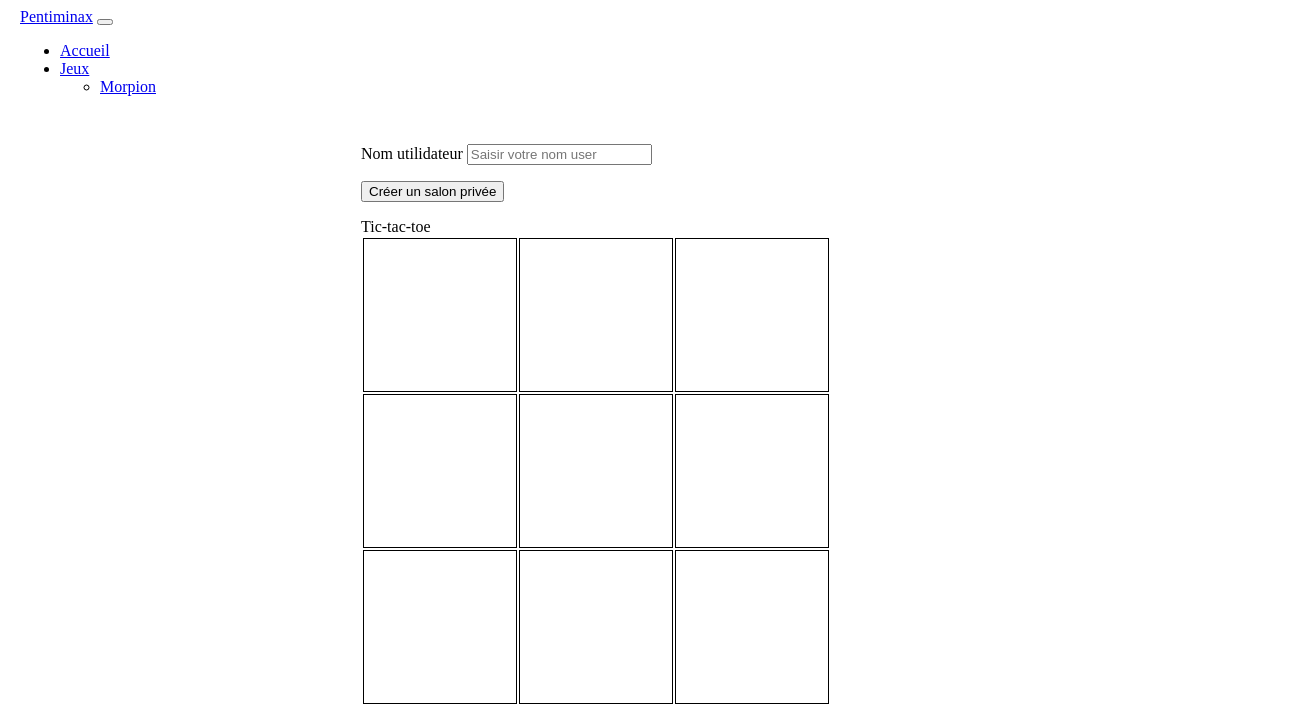
Repository: remi77130/morpion
Page: templates/games/tic-tac-toe.html
An editor plug-in stored every save of this project. The page is shown before and after the next save, followed by the edit.
The browser window is 1280 px wide. The page is 1296 px wide, then 1280 px, then 1296 px, so the pictures cover 1296 px, including what lies to the right of the window. The pictures show the whole page.
Some web libraries are served in a nearby version.

Above is the page before, as saved 2023-11-27 15:26:08.

### templates/games/tic-tac-toe.html
<!DOCTYPE html>
<html lang="fr">

<head>
    <meta charset="UTF-8">
    <meta name="viewport" content="width=device-width, initial-scale=1.0">
    <link rel="stylesheet" href="/node_modules/bootstrap/dist/css/bootstrap-grid.min.css">

    <link rel="stylesheet" href="/public/css/style.css">
    <link rel="stylesheet" href="/public/css/style.css">
    <title>Tic-tac-toe</title>
</head>

<body>

    <nav class="navbar navbar-expand-lg navbar-dark bg-dark">
        <div class="container-fluid">
            <a class="navbar-brand" href="/">Pentiminax</a>
            <button class="navbar-toggler" type="button" data-bs-toggle="collapse"
                data-bs-target="#navbarSupportedContent" aria-controls="navbarSupportedContent" aria-expanded="false"
                aria-label="Toggle navigation">
                <span class="navbar-toggler-icon"></span>
            </button>
            <div class="collapse navbar-collapse" id="navbarSupportedContent">
                <ul class="navbar-nav me-auto mb-2 mb-lg-0">
                    <li class="nav-item">
                        <a class="nav-link" href="/">Accueil</a>
                    </li>
                    <li class="nav-item dropdown">
                        <a class="nav-link dropdown-toggle" href="#" id="gamesDropdown" role="button"
                            data-bs-toggle="dropdown" aria-expanded="false">
                            Jeux
                        </a>
                        <ul class="dropdown-menu" aria-labelledby="navbarDropdown">
                            <li><a class="dropdown-item" href="/games/tic-tac-toe">Morpion</a></li>
                        </ul>
                    </li>
                </ul>
            </div>
        </div>
    </nav>

    <div class="container mt-5">
        <div class="row">
            <div class="col-sm-12 col-md-6 offset-md-3">

                <div class="alert d-none" role="alerte" id="turn-message"></div>

                <div class="card mb-3" id="user-card">

                    <div class="card-body">




                        <form method="post" id="form">

                            <div class="mb-3">
                                <label class="form-label" for="username ">Nom utilidateur</label>
                                <input class="form-control" type="text" id="username" placeholder="Saisir votre nom user">
                            </div>

                            <button class="btn btn-primary" id="star" type="submit">Créer un salon privée</button>

                        </form>
                    </div>

                </div>

                    <div class="card mb-3 d-none" id="rooms-card">
                    <div class="card-header">Salons disponibles</div>
                    <ul class="list-group list-group-flush" id="rooms-list"></ul>
                </div>

                <div class="d-none" id="waiting-area">
                    <div class="card mb-3">
                        <div class="card-header">En attente d'un autre joueur</div>
                        <div class="card-body mx-auto">
                            <div class="spinner-border" role="status">
                                <span class="visually-hidden">Loading...</span>
                            </div>
                        </div>
                    </div>

                    <div class="card">
                        <div class="card-body text-center">
                            Partage ce lien pour inviter quelqu'un à jouer avec toi
                            <span id="link-to-share"></span>
                        </div>
                    </div>
                </div>

                <div class="card" id="game-card">
                    <div class="card-header">
                        Tic-tac-toe
                    </div>
                    <div class="card-body mx-auto">
                        <table class="board">
                            <tr>
                                <td class="cell" id="cell-1-1"></td>
                                <td class="cell" id="cell-1-2"></td>
                                <td class="cell" id="cell-1-3"></td>
                            </tr>

                            <tr>
                                <td class="cell" id="cell-2-1"></td>
                                <td class="cell" id="cell-2-2"></td>
                                <td class="cell" id="cell-2-3"></td>
                            </tr>

                            <tr>
                                <td class="cell" id="cell-3-1"></td>
                                <td class="cell" id="cell-3-2"></td>
                                <td class="cell" id="cell-3-3"></td>
                            </tr>
                        </table>
                    </div>
                </div>

                <div class="text-center d-none mt-2" id="restart-area">
                    <input class="btn btn-primary" id="restart" type="button" value="Rejouer">
                </div>

            </div>
        </div>
    </div>

    <script src="/node_modules/jquery/dist/jquery.min.js"></script>
    <script src="/node_modules/bootstrap/dist/js/bootstrap.min.js"></script>
    <script src="/node_modules/socket.io/client-dist/socket.io.js"></script>

    <script src=""></script>

</body>

</html>

### public/css/style.css
.borde
{
    background: white;
}
.cell
{
    border: 1px solid ;
    font-size: 5rem;
    height: 150px;
    text-align: center;
    width: 150px;
}

Loaded but not shown: node_modules/bootstrap/dist/css/bootstrap-grid.min.css (library); node_modules/jquery/dist/jquery.min.js (library); node_modules/bootstrap/dist/js/bootstrap.min.js (library)

After the next save:
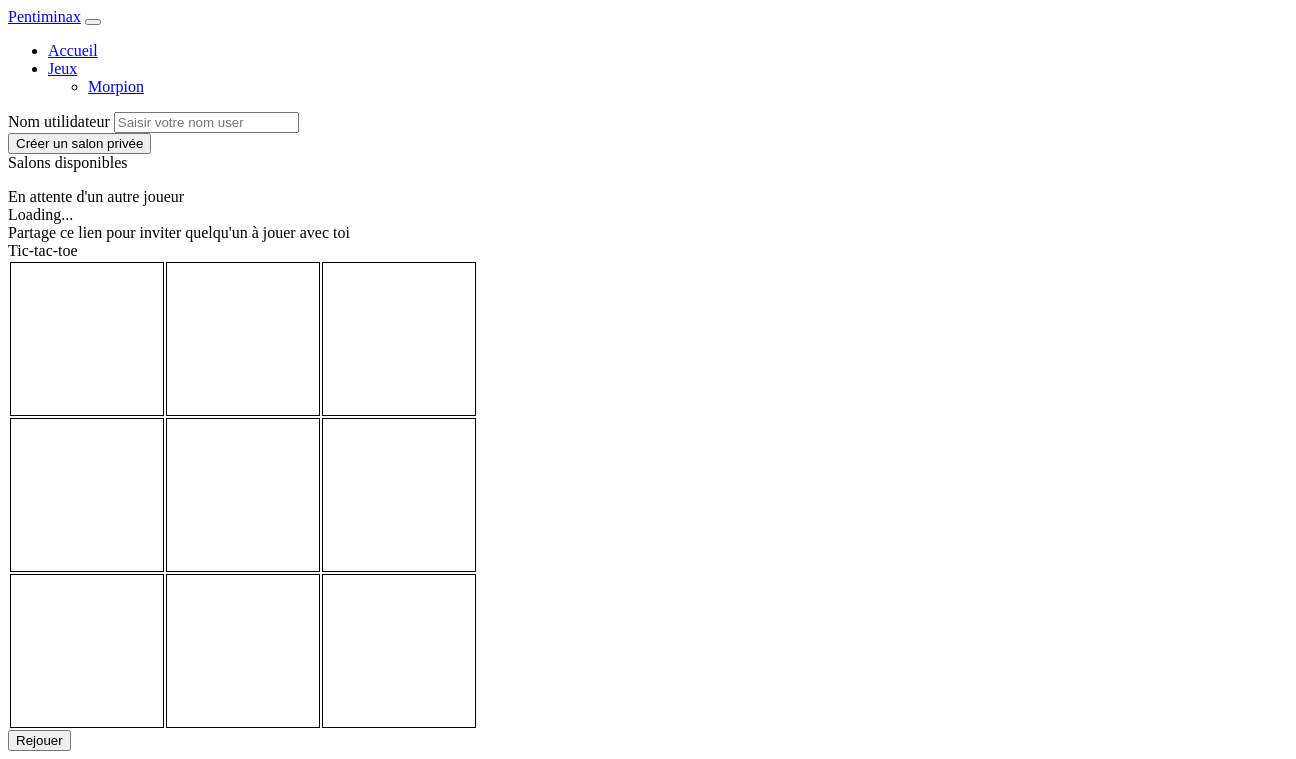
Saved 3 h 17 min later.
--- a/templates/games/tic-tac-toe.html
+++ b/templates/games/tic-tac-toe.html
@@ -4,7 +4,7 @@
 <head>
     <meta charset="UTF-8">
     <meta name="viewport" content="width=device-width, initial-scale=1.0">
-    <link rel="stylesheet" href="/node_modules/bootstrap/dist/css/bootstrap-grid.min.css">
+
 
     <link rel="stylesheet" href="/public/css/style.css">
     <link rel="stylesheet" href="/public/css/style.css">

After the save that followed:
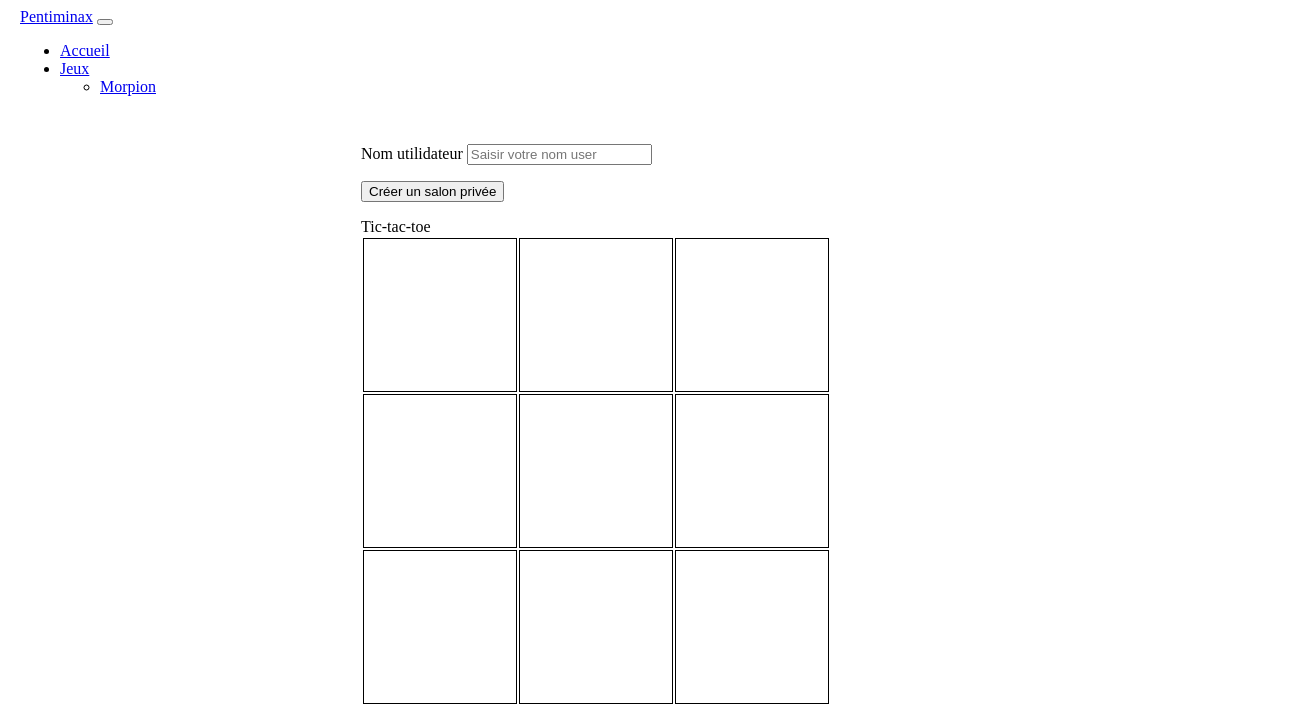
Saved 13 s later.
--- a/templates/games/tic-tac-toe.html
+++ b/templates/games/tic-tac-toe.html
@@ -4,7 +4,7 @@
 <head>
     <meta charset="UTF-8">
     <meta name="viewport" content="width=device-width, initial-scale=1.0">
-
+    <link rel="stylesheet" href="/node_modules/bootstrap/dist/css/bootstrap-grid.min.css">
 
     <link rel="stylesheet" href="/public/css/style.css">
     <link rel="stylesheet" href="/public/css/style.css">
